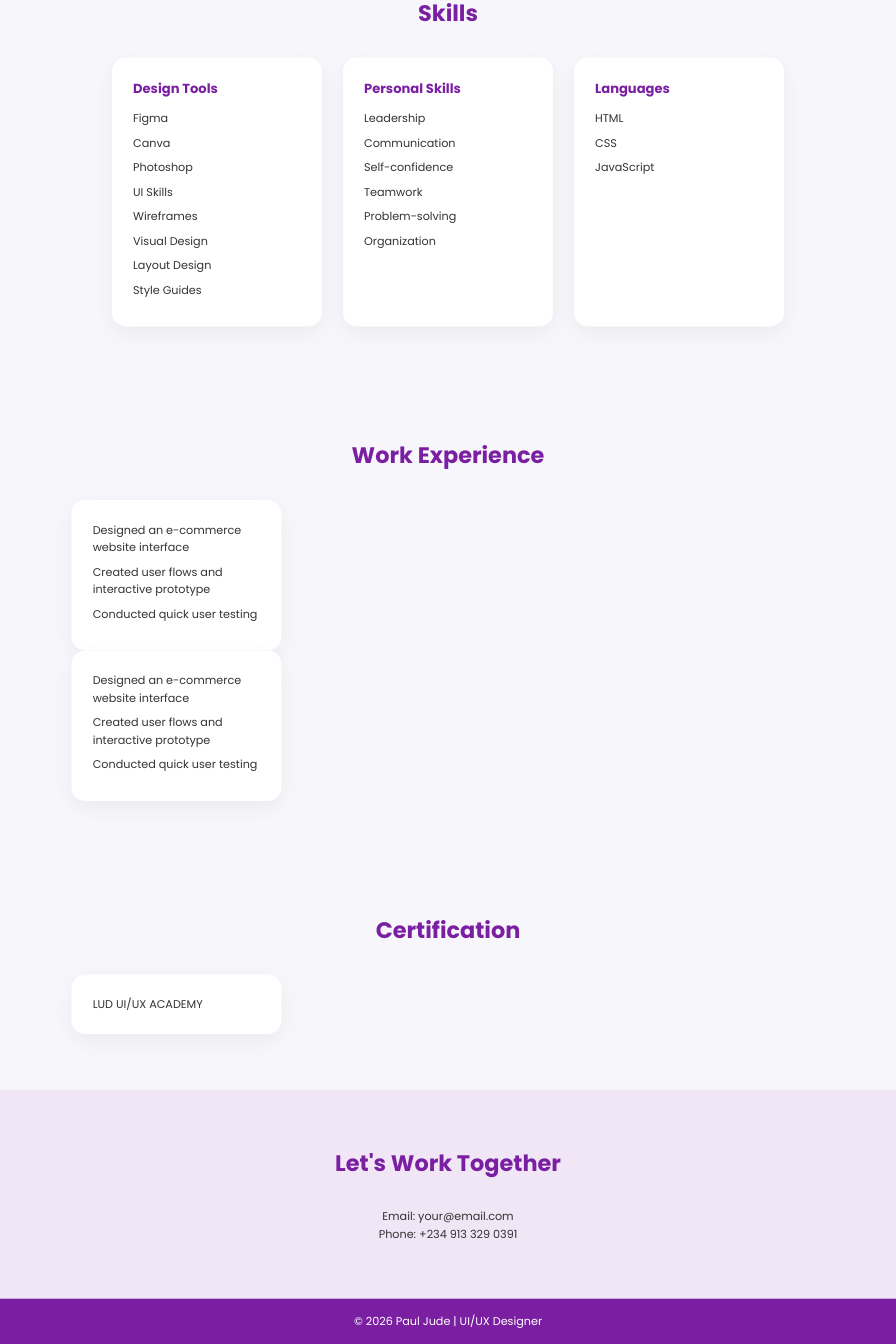
Repository: Paulo-930/UI-UX-Portfolio
Page: index.html
These files come from the project's save history. The page is drawn as it stood at one moment and after the next save; the edit follows.
The browser window is 1280 px wide. The pictures show the part of the page from y = 816 to 2736 px (the page is 2736 px tall before and 2521 px after), at 70% of full size.
A picture or video elsewhere on the page could not be fetched, so the positions and the page height are approximate.

Above is the page before, as saved 2026-02-23 11:00:17.

After the next save:
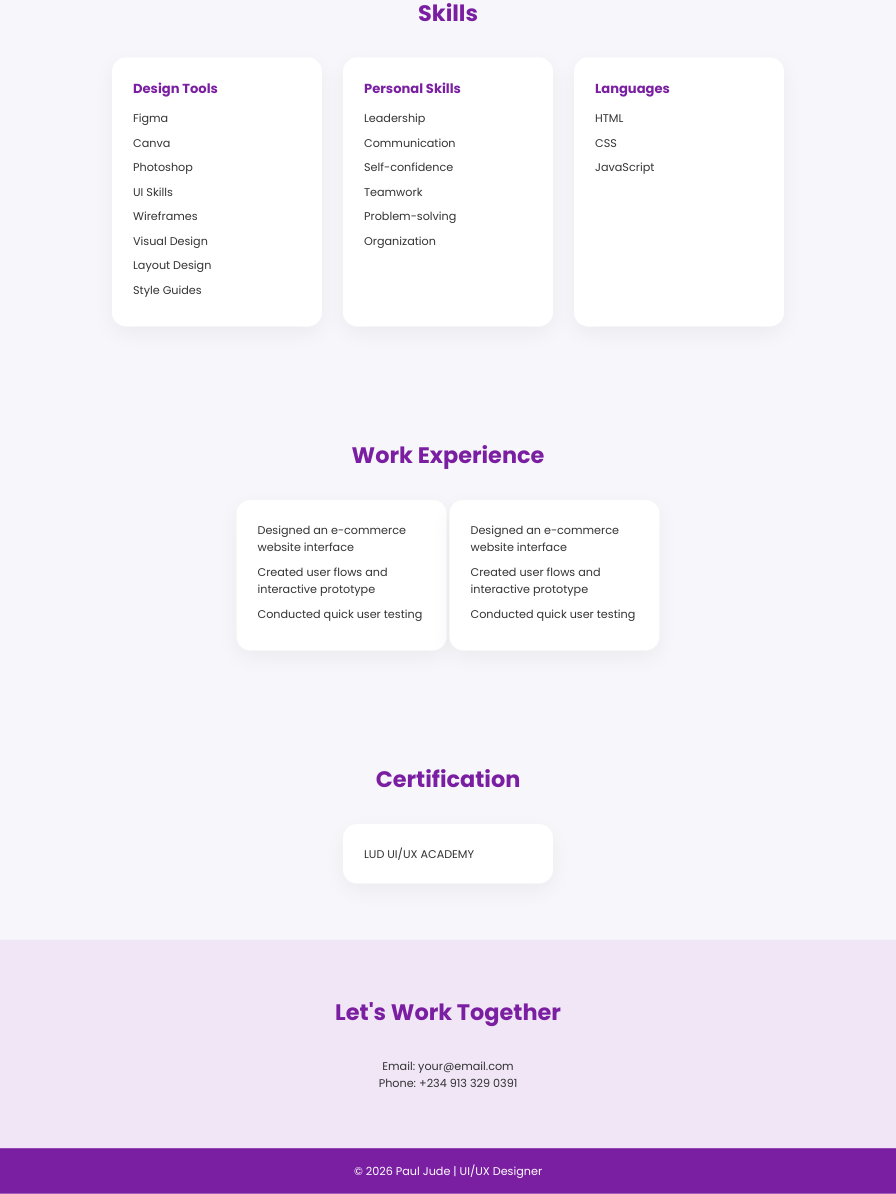
Saved 4 s later.
--- a/style.css
+++ b/style.css
@@ -101,7 +101,7 @@
   max-width: 300px;
   width: 100%;
   text-align: left;
-  display: in;
+  display: inline-block;
 }
 
 .card h3 {

After the save that followed:
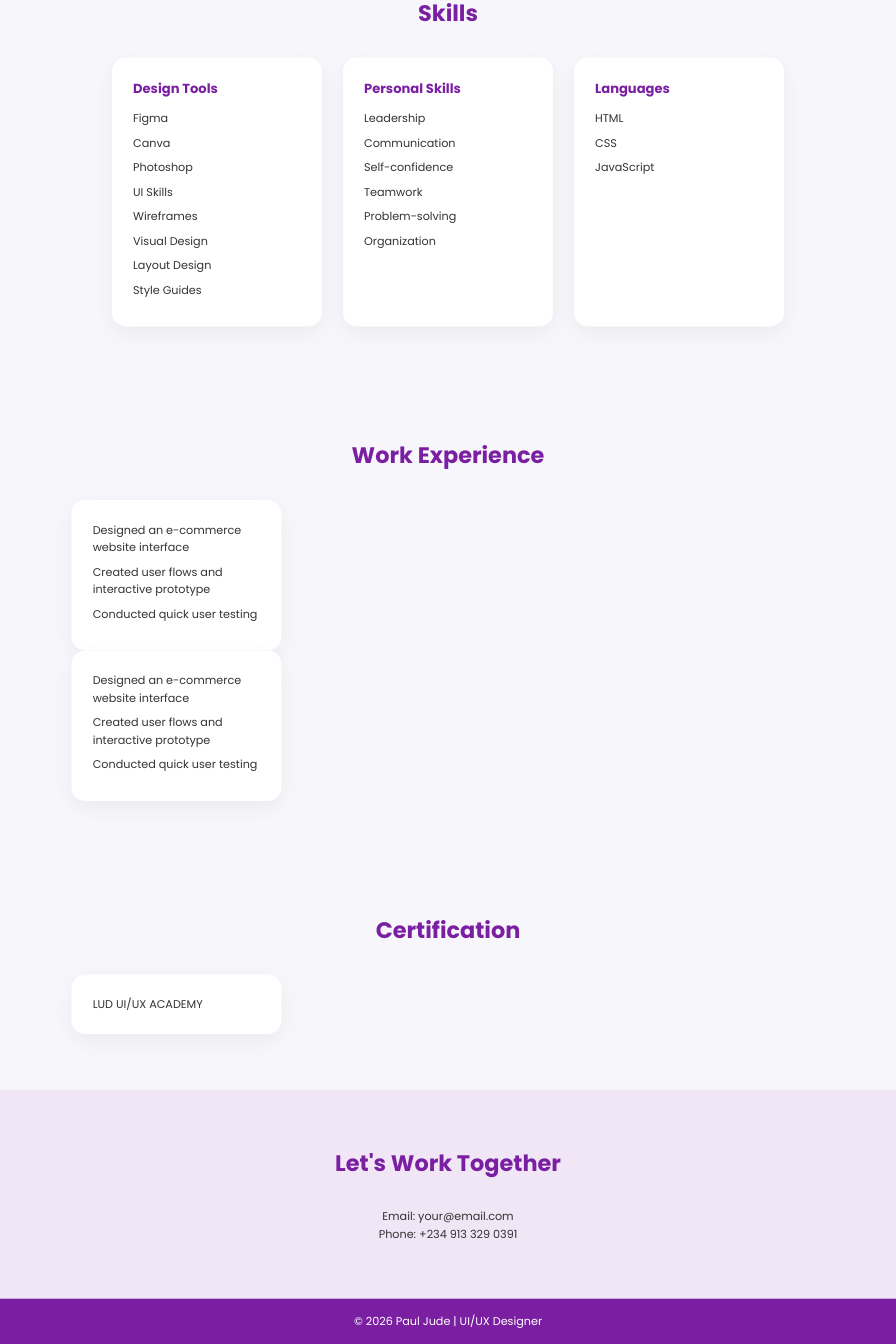
Saved 13 s later.
--- a/style.css
+++ b/style.css
@@ -101,7 +101,7 @@
   max-width: 300px;
   width: 100%;
   text-align: left;
-  display: inline-block;
+  display:;
 }
 
 .card h3 {
